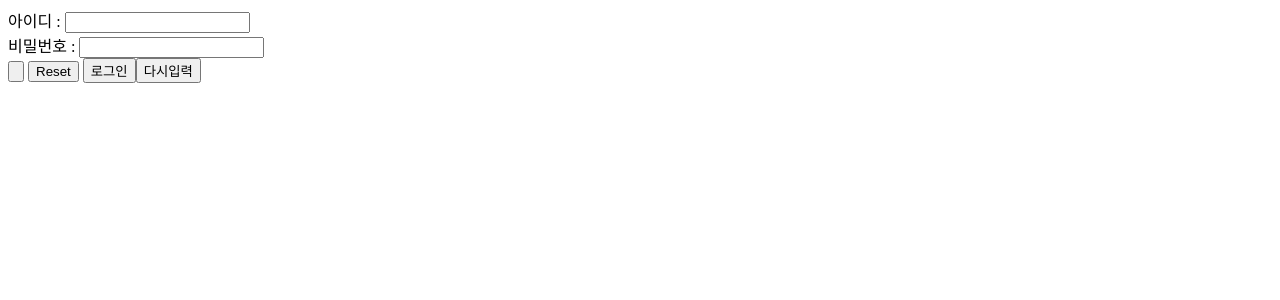
Repository: MyeongHyeonYoo/jsp_data
Page: pro06/src/main/webapp/login2.html
An editor plug-in stored every save of this project. The page is shown before and after the next save, followed by the edit.
The browser window is 1280 px wide. The pictures show the whole page.

Above is the page before, as saved 2022-12-06 05:15:43.
Console error: TypeError: Cannot read properties of undefined (reading 'user_id')

### pro06/src/main/webapp/login2.html
<!DOCTYPE html>
	<html>
	<head>
	<meta charset="UTF-8">
	<script>
		function fn_validate() {}
		let frmLogin = document.frmLogin;
		let user_id = frmLogin.user_id.value;
		let user_pw = frmLogin.user_pw.value;

		if ((user_id.length == 0 || user_id == "") || (user_pw.length == 0 || user_pw == "")) {
			alert("아이디와 비밀번호는 필수입니다.");
		}
		else {}
		frmLogin.method = "post";
		fromLogin.action = "login5";
		frmLogin.submit();
	</script>

	<title>로그인 창</title>
	</head>
	<body>
		<form name="frmLogin" method="post" action="login" encType="utf-8">
			아이디 : <input type="text" name="user_id"><br>
			비밀번호 : <input type="password" name="user_pw"><br>
			<input type="button" onClick="fn_validate()" value"로그인">
			<input type="reset">
			<input type="submit" value="로그인"><input type="reset" value="다시입력">
		</form>
	</body>
</html>

After the next save:
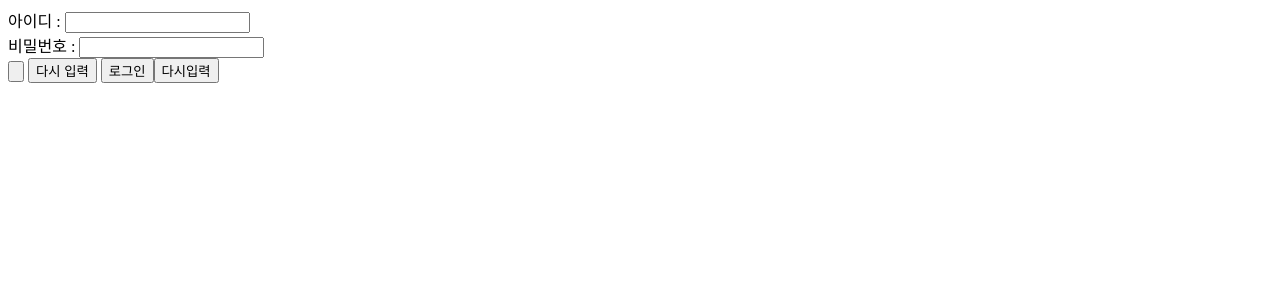
Saved 6 s later.
--- a/pro06/src/main/webapp/login2.html
+++ b/pro06/src/main/webapp/login2.html
@@ -24,7 +24,7 @@
 			아이디 : <input type="text" name="user_id"><br>
 			비밀번호 : <input type="password" name="user_pw"><br>
 			<input type="button" onClick="fn_validate()" value"로그인">
-			<input type="reset">
+			<input type="reset" value="다시 입력">
 			<input type="submit" value="로그인"><input type="reset" value="다시입력">
 		</form>
 	</body>
